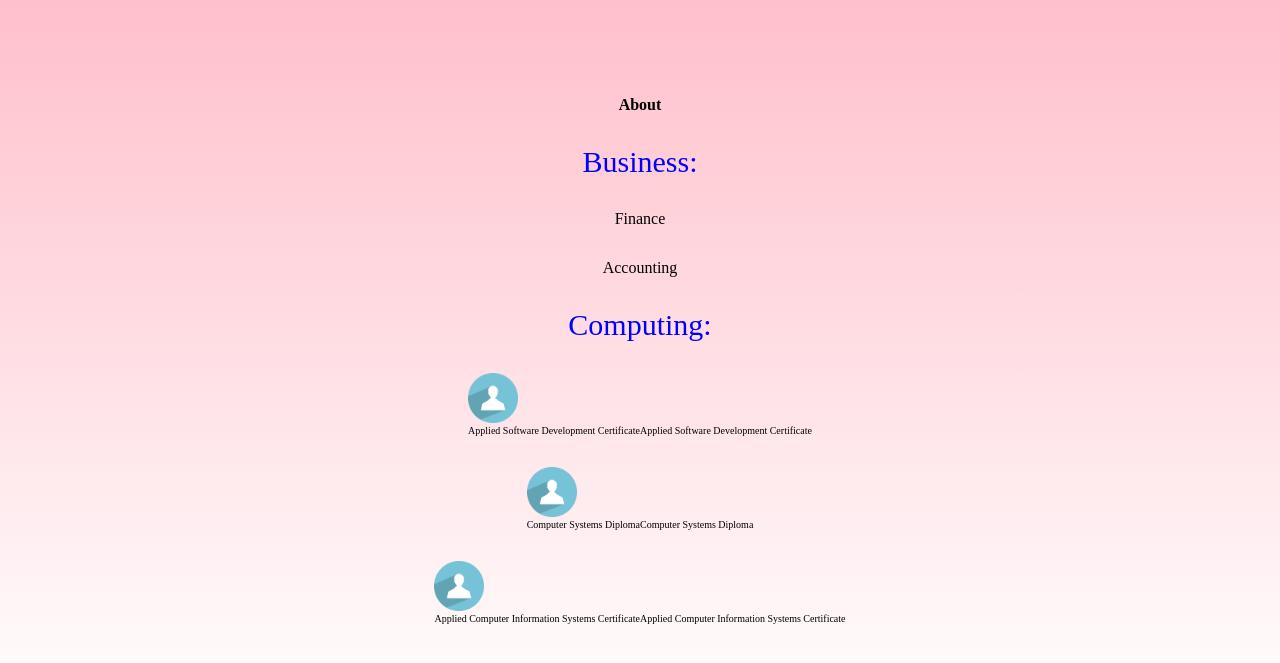
Repository: anoncoderin/madhu-assignment3
Page: /
These files come from the project's save history. The page is drawn as it stood at one moment and after the next save; the edit follows.
The browser window is 1280 px wide. The pictures show the whole page.
The project was rebuilt for these pictures with package versions that can differ from the ones it lists, and the page was loaded fresh each time. The framework's server and built-in components were replaced by stand-ins that run in the browser. Also part of the build but not shown: next.config.js.

Above is the page before, as saved 2023-01-21 11:05:48.

After the next save:
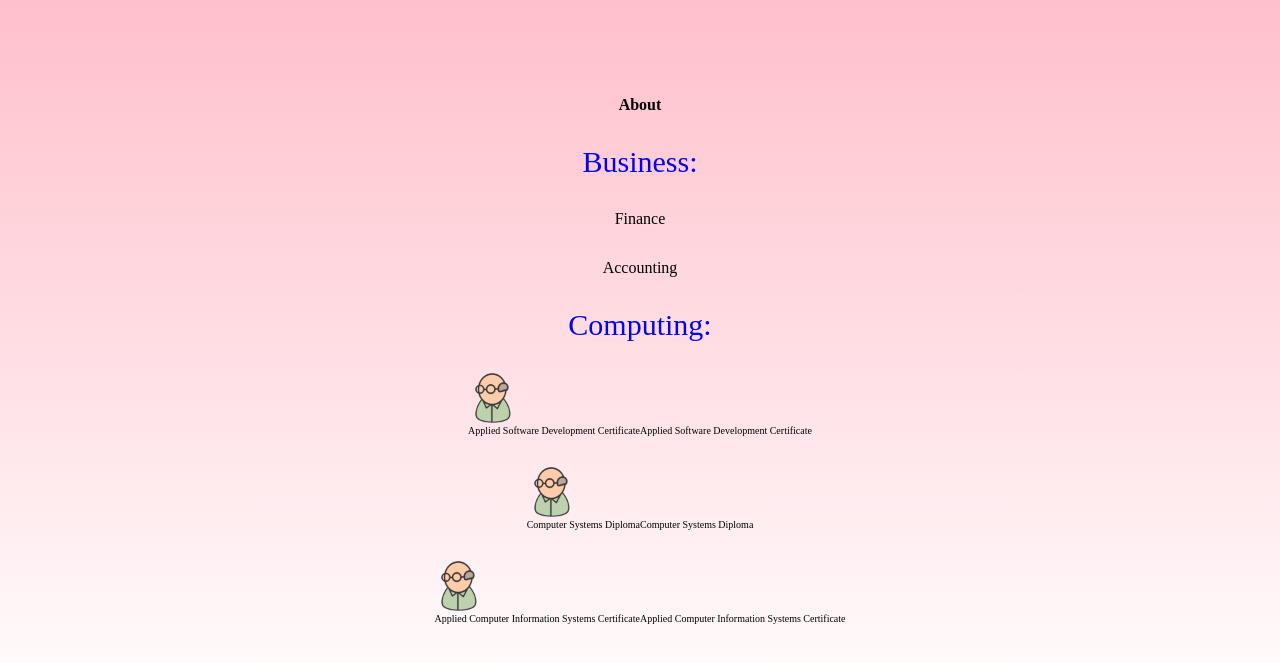
Saved 2 min 51 s later.
--- a/components/Card/index.js
+++ b/components/Card/index.js
@@ -8,7 +8,7 @@
 ){
     return(
         <div  style={{backgroundcolor:color, fontSize:font }}>
-           <img src={'icon/person.png'} width="50px"></img>
+           <img src={'icon/personThree.png'} width="50px"></img>
            <p> {degree}
             {degree}</p>
         </div>
